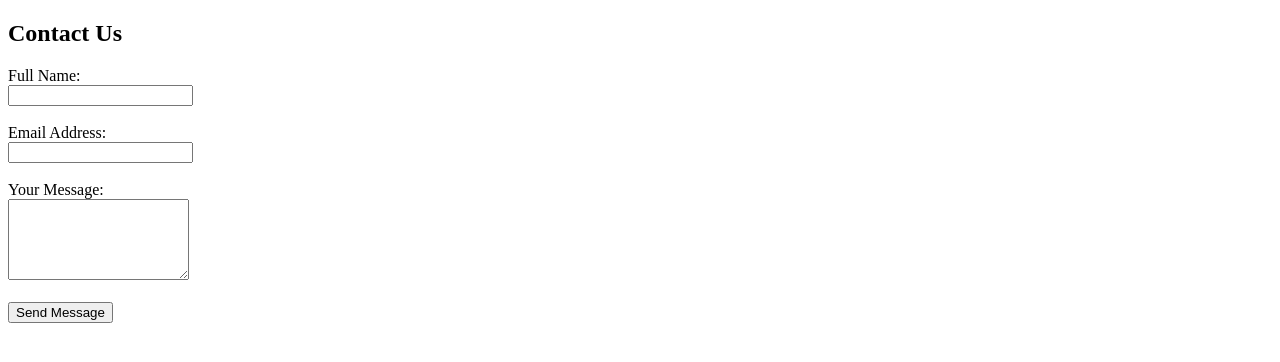
Repository: Shivanibasireddy/Software-Examples
Page: SpringBootMvctest/src/main/resources/static/ContactUs.html
The author's editor kept a copy of each file at every save. The page is drawn from the files as they stood at one save, then again after the next save.
The browser window is 1280 px wide. The pictures show the whole page.

Above is the page before, as saved 2024-12-19 10:08:29.

### SpringBootMvctest/src/main/resources/static/ContactUs.html
<!DOCTYPE html>
<html lang="en">
<head>
    <meta charset="UTF-8">
    <meta name="viewport" content="width=device-width, initial-scale=1.0">
    <title>Contact Us</title>
</head>
<body>

    <h2>Contact Us</h2>
    <form action="submit_contact_form.php" method="POST">
        <label for="name">Full Name:</label><br>
        <input type="text" id="name" name="name" required><br><br>

        <label for="email">Email Address:</label><br>
        <input type="email" id="email" name="email" required><br><br>

        <label for="message">Your Message:</label><br>
        <textarea id="message" name="message" rows="5" required></textarea><br><br>

        <button type="submit">Send Message</button>
    </form>

</body>
</html>

After the next save:
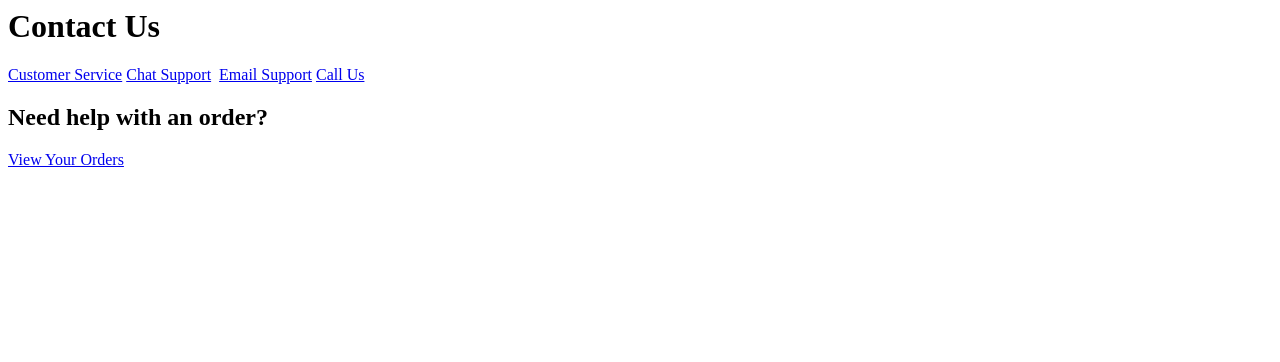
Saved 5 min 7 s later.
--- a/SpringBootMvctest/src/main/resources/static/ContactUs.html
+++ b/SpringBootMvctest/src/main/resources/static/ContactUs.html
@@ -1,25 +1,13 @@
-<!DOCTYPE html>
-<html lang="en">
-<head>
-    <meta charset="UTF-8">
-    <meta name="viewport" content="width=device-width, initial-scale=1.0">
-    <title>Contact Us</title>
-</head>
-<body>
-
-    <h2>Contact Us</h2>
-    <form action="submit_contact_form.php" method="POST">
-        <label for="name">Full Name:</label><br>
-        <input type="text" id="name" name="name" required><br><br>
-
-        <label for="email">Email Address:</label><br>
-        <input type="email" id="email" name="email" required><br><br>
-
-        <label for="message">Your Message:</label><br>
-        <textarea id="message" name="message" rows="5" required></textarea><br><br>
-
-        <button type="submit">Send Message</button>
-    </form>
-
-</body>
-</html>
+<div class="contact-us-page">
+        <h1 class="contact-us-header">Contact Us</h1>
+        <div class="contact-options">
+            <a class="contact-link" href="/help/customer-service">Customer Service</a>
+            <a class="contact-link" href="/help/chat-support">Chat Support</a>&nbsp;
+            <a class="contact-link" href="/help/email-support">Email Support</a>
+            <a class="contact-link" href="/help/call-support">Call Us</a>
+        </div>
+        <div class="help-section">
+            <h2 class="help-header">Need help with an order?</h2>
+            <a class="order-help-link" href="/orders">View Your Orders</a>
+        </div>
+    </div
